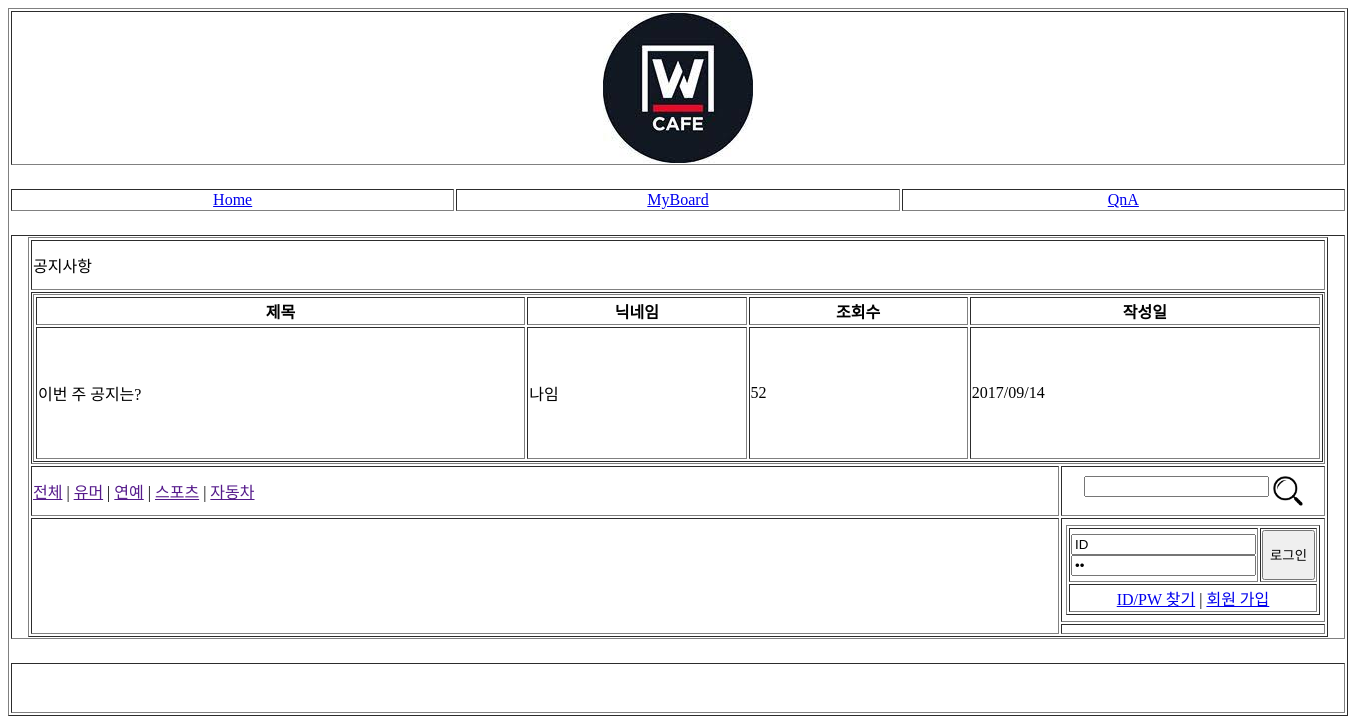
Repository: Leewonhoo/kostaweb
Page: http://localhost/FirstProject/index.jsp
The author's editor kept a copy of each file at every save. The page is drawn from the files as they stood at one save, then again after the next save.
The browser window is 1280 px wide. The page is 1348 px wide, so the pictures cover 1348 px, including what lies to the right of the window. The pictures show the whole page.
The page is served by Tomcat 9. Other server files are loaded and not shown.

Above is the page before, as saved 2017-09-14 07:21:12.

### FirstProject/WebContent/index.jsp
<%@ page language="java" contentType="text/html; charset=UTF-8"
    pageEncoding="UTF-8"%>
<!DOCTYPE html PUBLIC "-//W3C//DTD HTML 4.01 Transitional//EN" "http://www.w3.org/TR/html4/loose.dtd">
<html>
<head>
<meta http-equiv="Content-Type" content="text/html; charset=UTF-8">
<title>Insert title here</title>
</head>
<body>
	<!-- 전체 레이아웃 -->
	<table border="1" height="620px" width="1340px">
		<!-- header -->
		<tr>
			<td colspan="3" width="1330px" align="center">
				<a href="index.jsp"><img title="W Cafe Logo" alt="로고" src="images/Logo.jpg" align="middle"></a>
			</td>
		</tr>
		<tr height="20px"></tr>
		<!-- 메뉴바 -->
		<tr>
			<td width="30%" align="center"><a href="#">Home</a></td>
			<td width="30%" align="center"><a href="#">MyBoard</a></td>
			<td width="30%" align="center"><a href="#">QnA</a></td>
		</tr>
		<tr height="20px"></tr>
		<!-- body -->
		<tr height="380px">
		<td colspan="3">
			<table border="1" width="1300px" height="400px" align="center">
				<tr height="50px">
					<td colspan="2">공지사항</td>
				</tr>
				<tr>
					<td colspan="2">
						<table border="1" height="100%" width="100%">
							<tr height="10%">
								<th>제목</th>
								<th>닉네임</th>
								<th>조회수</th>
								<th>작성일</th>
							</tr>
							<tr>
								<td>이번 주 공지는?</td>
								<td>나임</td>
								<td>52</td>
								<td>2017/09/14</td>
							</tr>
						</table>
					</td>
				</tr>
				<tr height="50px">
					<!-- 카테고리 -->
					<td width="900px">
						<a href="">전체</a>
						<span>|</span>
						<a href="">유머</a>
						<span>|</span>
						<a href="">연예</a>
						<span>|</span>
						<a href="">스포츠</a>
						<span>|</span>
						<a href="">자동차</a>
					</td>
					<!-- 검색 -->
					<td width="200px" align="center">
						<input type="text" size="20">
						<input type="image" src="images/search.jpg" title="search" width="30px" height="30px" align="middle">
					</td>
				</tr>
				<tr>
					<!-- 게시판 -->
					<td rowspan="2" width="1000px"></td>
					<td height="100px">
						<form action="login.html">
						<table border="1" align="center">
							<tr>
								<!-- 로그인 전 -->
								<td align="center">
									<input type="text" value="ID"/><br>
									<input type="password" value="PW">
								</td>
								<td><input type="submit" value="로그인" style="height: 50px;"></td>
							</tr>
							<tr>
								<td colspan="2" align="center">
									<a href="search.jsp">ID/PW 찾기</a>
									<span>|</span>
									<a href="register.jsp">회원 가입</a>
								</td>
							</tr>
						</table>
						</form>
					</td>
				</tr>
				<tr>
					<!-- 로그인 밑 빈공간 -->
					<td></td>
				</tr>
			</table>
			</td>
		</tr>
		<tr height="20px"></tr>
		<!-- foot -->
		<tr height="50px">
			<td colspan="4" width="1366px"></td>
		</tr>
	</table>
</body>
</html>

After the next save:
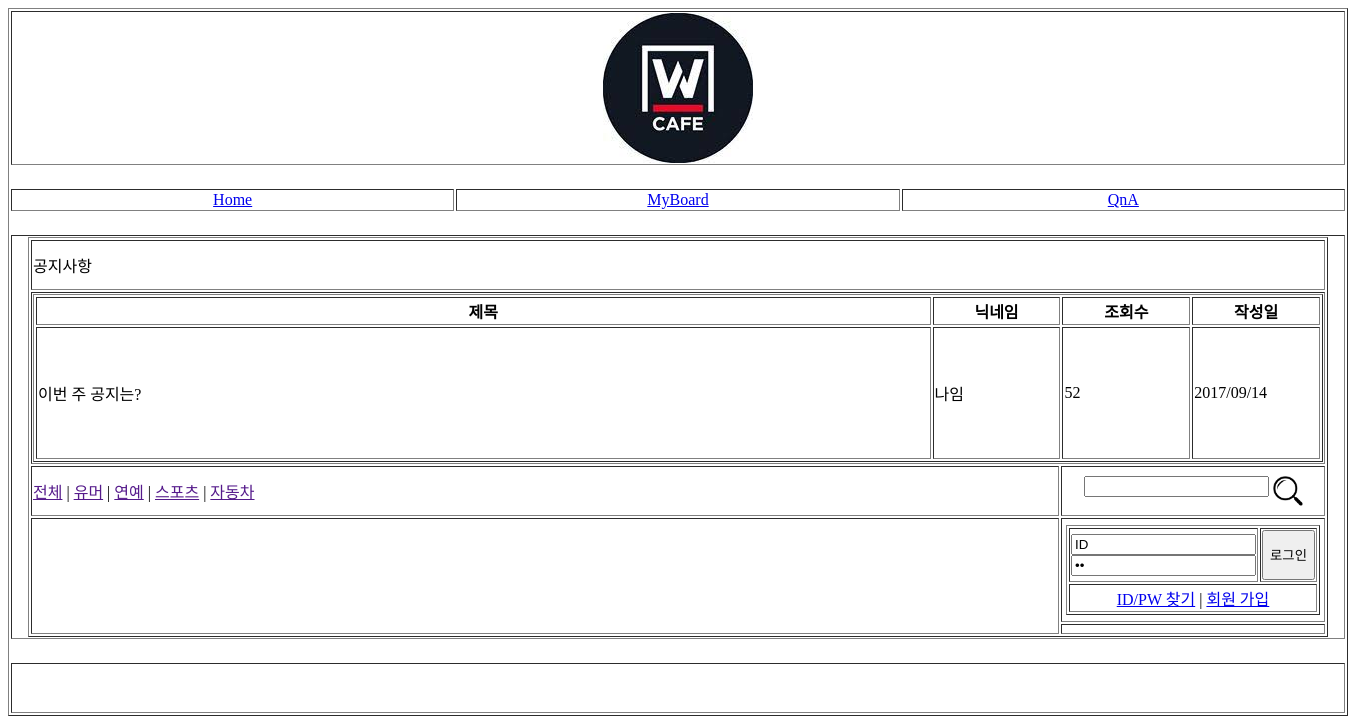
Saved 27 s later.
--- a/FirstProject/WebContent/index.jsp
+++ b/FirstProject/WebContent/index.jsp
@@ -34,10 +34,10 @@
 					<td colspan="2">
 						<table border="1" height="100%" width="100%">
 							<tr height="10%">
-								<th>제목</th>
-								<th>닉네임</th>
-								<th>조회수</th>
-								<th>작성일</th>
+								<th width="70%">제목</th>
+								<th width="10%">닉네임</th>
+								<th width="10%">조회수</th>
+								<th width="10%">작성일</th>
 							</tr>
 							<tr>
 								<td>이번 주 공지는?</td>
